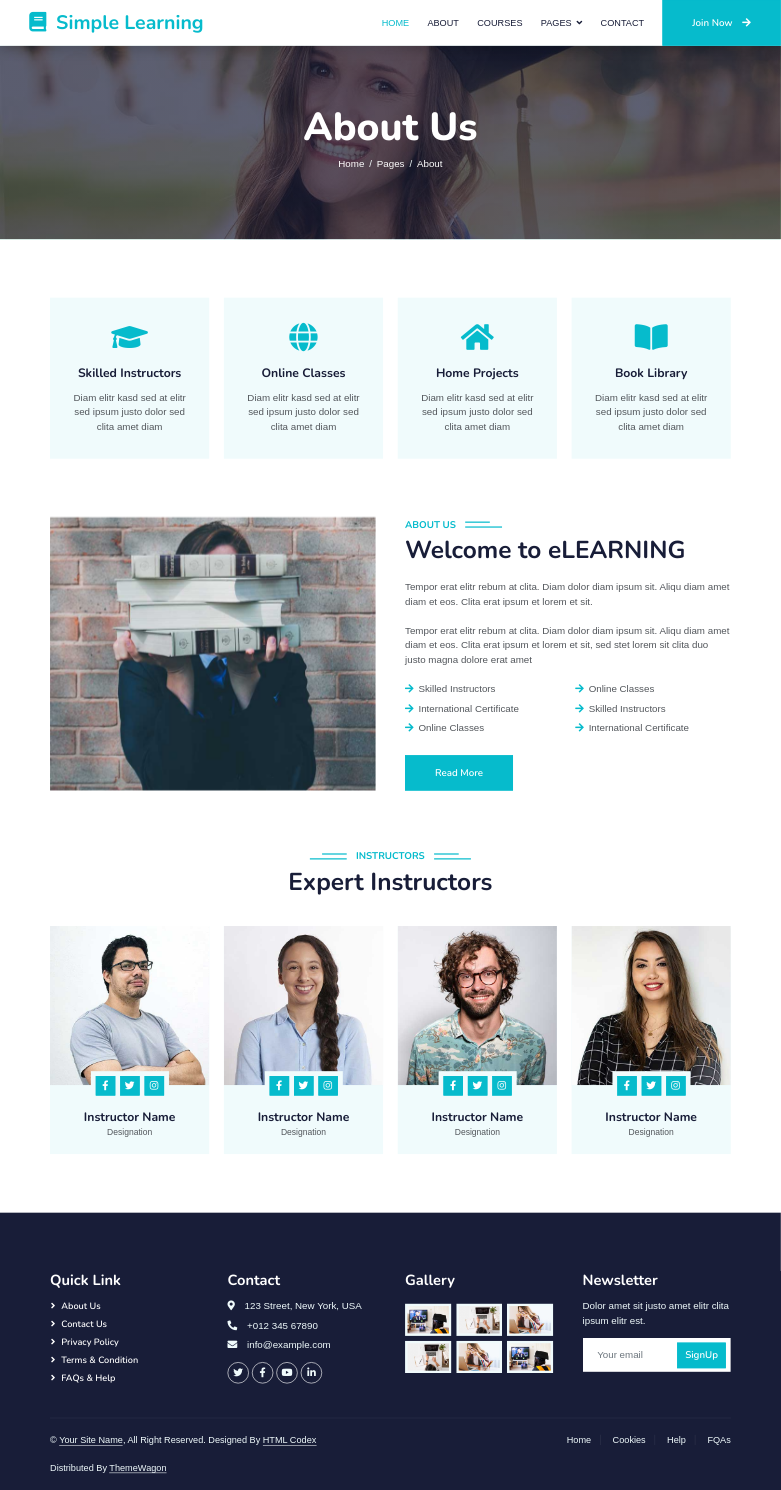
Repository: Arumugam2002/ARUMUGAM-TOPS-DAILY-TASKS
Page: http://localhost/about
The author's editor kept a copy of each file at every save. The page is drawn from the files as they stood at one save, then again after the next save.
The browser window is 1280 px wide. The pictures show the whole page, at 61% of full size.
Some web fonts or font styles are not loaded; a fallback is used. Some web libraries are served in a nearby version. The page is this project's Thymeleaf template; nobody is signed in. The template is opened directly, without the code that normally fills it, so the values that code supplies are empty.

Above is the page before, as saved 2024-07-16 09:12:24.

After the next save:
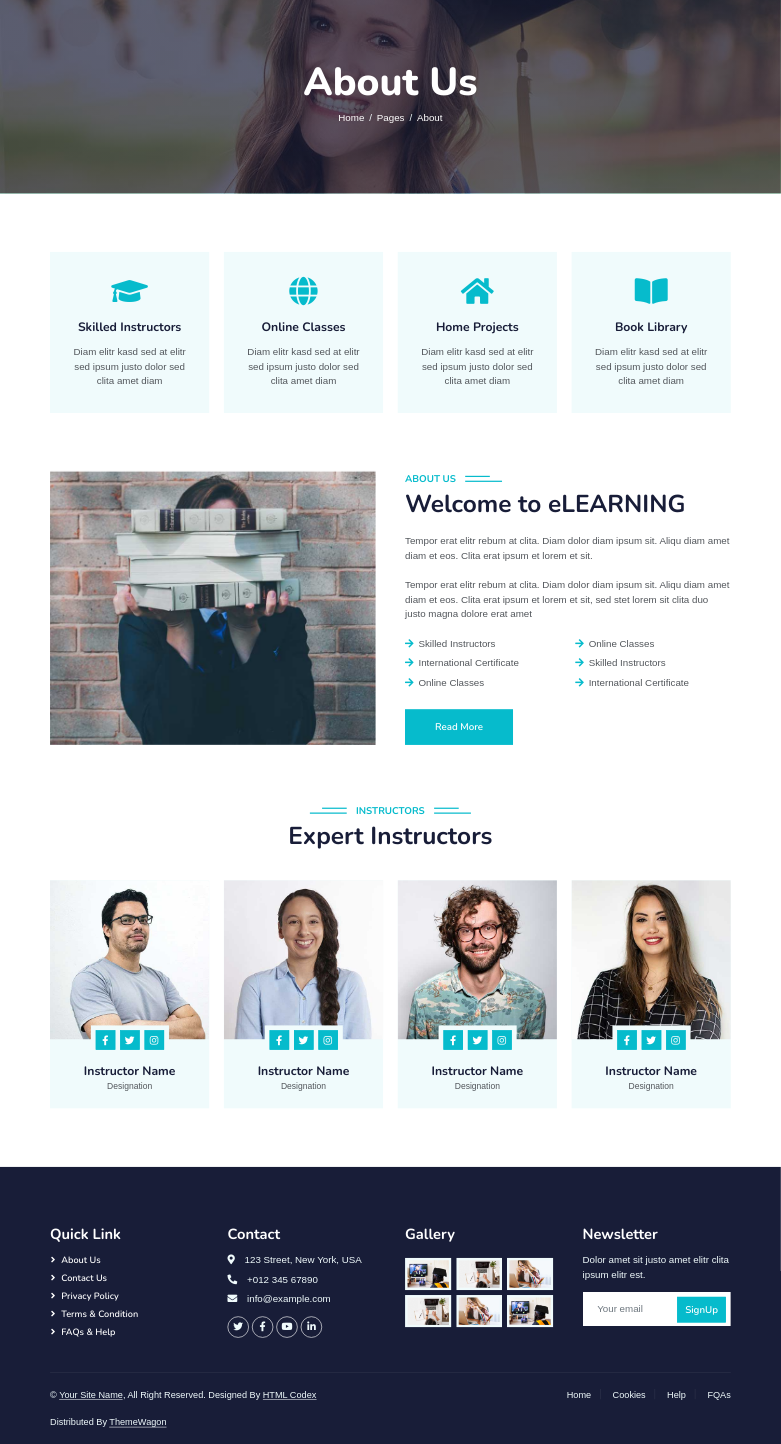
Saved 31 s later.
--- a/Java SpringBoot/Spring_Eclipse/SpringwithTemplate/src/main/resources/templates/about.html
+++ b/Java SpringBoot/Spring_Eclipse/SpringwithTemplate/src/main/resources/templates/about.html
@@ -1,7 +1,7 @@
 <!DOCTYPE html>
 <html lang="en">
 	<head th:replace="/fragments/head :: head"></head>
-	<head th:replace="/fragments/header :: header"></head>
+
 
 <body>
 	<!--<head th:replace="/fragments/header :: header"></head>-->

After the 2 saves that followed:
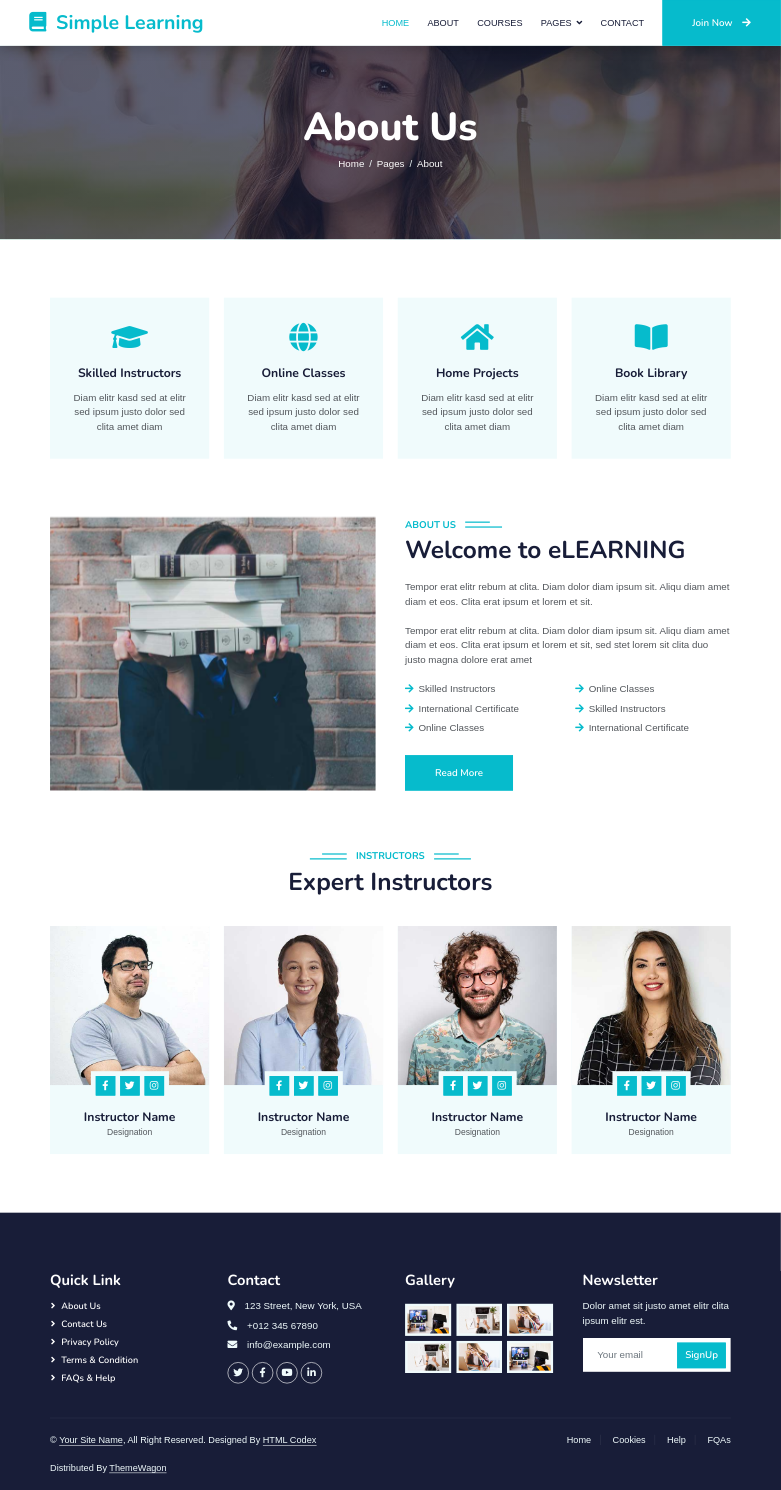
The 2 saves are shown as one change because they came seconds apart.
The last was saved 17 s later.
--- a/Java SpringBoot/Spring_Eclipse/SpringwithTemplate/src/main/resources/templates/about.html
+++ b/Java SpringBoot/Spring_Eclipse/SpringwithTemplate/src/main/resources/templates/about.html
@@ -4,7 +4,7 @@
 
 
 <body>
-	<!--<head th:replace="/fragments/header :: header"></head>-->
+	<head th:replace="/fragments/header :: header"></head>
 
 
     <!-- Header Start -->
